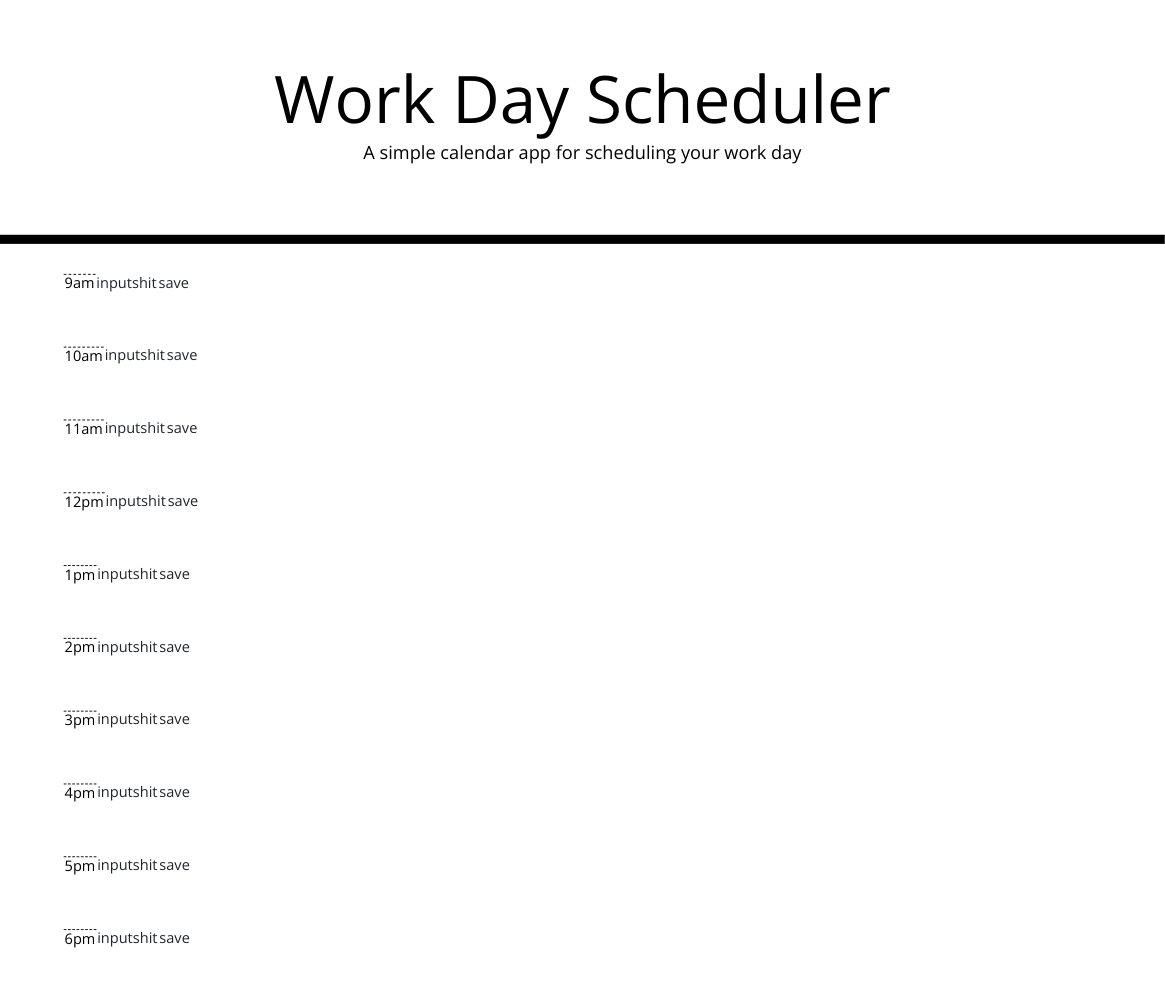
Repository: Naomilounsbury/work-day-scheduler
Page: index.html
The author's editor kept a copy of each file at every save. The page is drawn from the files as they stood at one save, then again after the next save.
The browser window is 1280 px wide. The pictures show the whole page, at 91% of full size.
Some web libraries are served in a nearby version.

Above is the page before, as saved 2021-11-30 09:45:27.

After the next save:
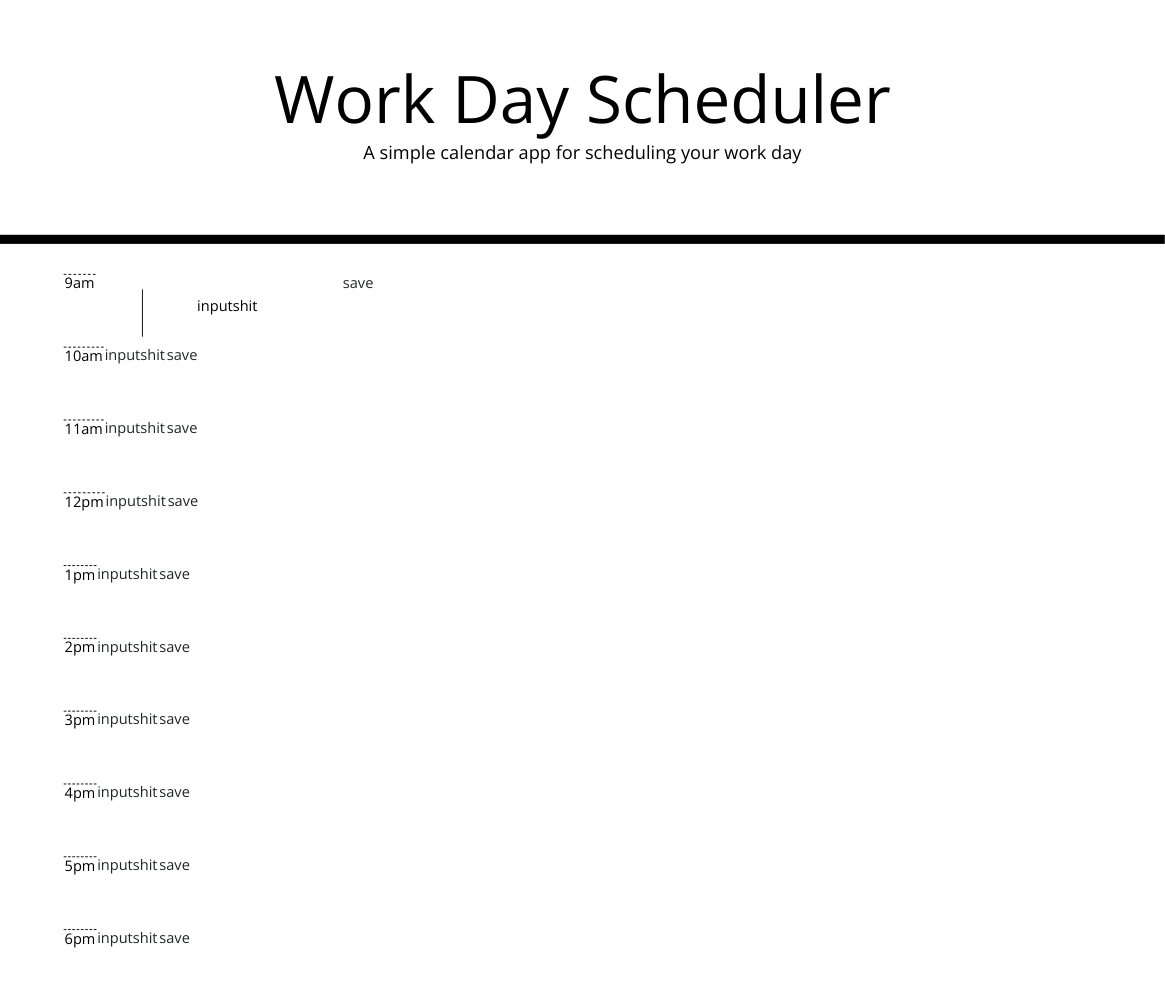
Saved 3 min 44 s later.
--- a/index.html
+++ b/index.html
@@ -33,7 +33,11 @@
       <table>
         <tr class="row">
           <td class="hour">9am</td>
-          <td>inputshit</td>
+          <td>
+            <textarea>
+            inputshit
+          </textarea>
+          </td>
           <td>save</td>
         </tr>
         <tr class="row">
